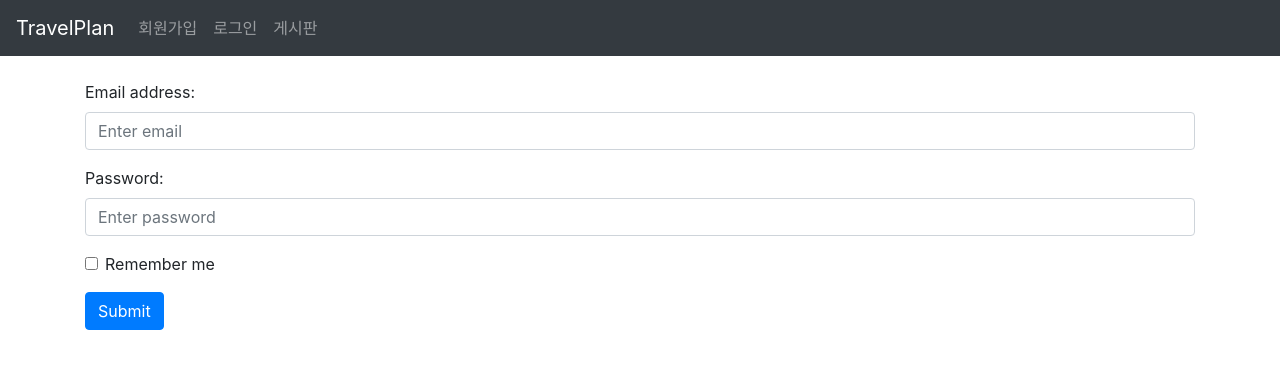
Repository: sna145815/Travel_v1
Page: http://localhost/Travel_v1/login
These files come from the project's save history. The page is drawn as it stood at one moment and after the next save; the edit follows.
The browser window is 1280 px wide. The pictures show the whole page.
The page is served by Tomcat 9.

Above is the page before, as saved 2022-10-24 15:07:46.

After the next save:
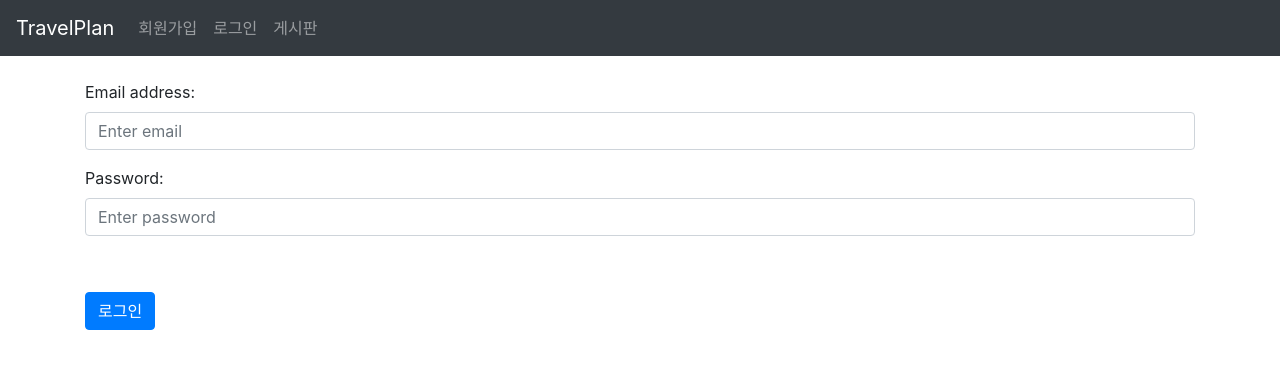
Saved 51 s later.
--- a/Travel_v1/src/main/webapp/WEB-INF/view/loginpage.jsp
+++ b/Travel_v1/src/main/webapp/WEB-INF/view/loginpage.jsp
@@ -15,10 +15,10 @@
   </div>
   <div class="form-group form-check">
     <label class="form-check-label">
-      <input class="form-check-input" type="checkbox"> Remember me
+
     </label>
   </div>
-  <button type="submit" class="btn btn-primary">Submit</button>
+  <button type="submit" class="btn btn-primary">로그인</button>
 </form>
 </div>
 
